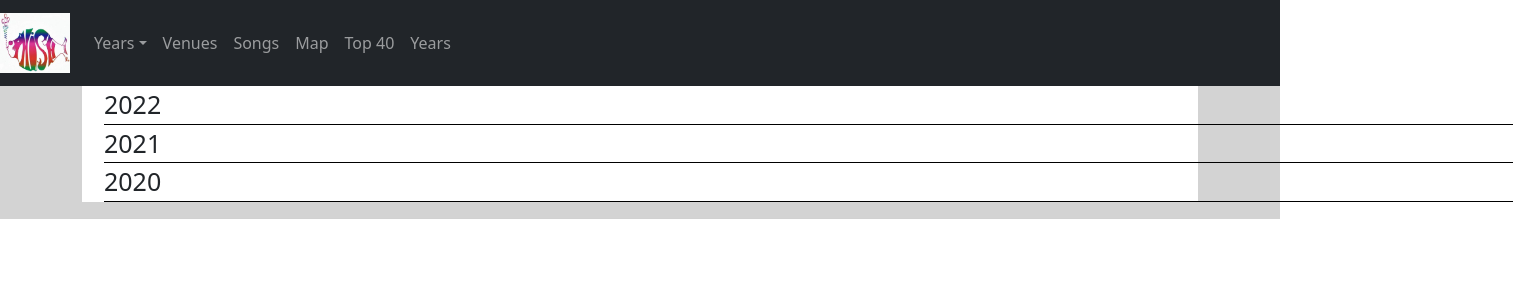
Repository: Jcparks84/gonePhishin
Page: / (app in my-app/)
An editor plug-in stored every save of this project. The page is shown before and after the next save, followed by the edit.
The browser window is 1280 px wide. The page is 1513 px wide, so the pictures cover 1513 px, including what lies to the right of the window. The pictures show the whole page.
The page's requests for data from a server got no answer. The project was rebuilt for these pictures with package versions that can differ from the ones it lists, and the page was loaded fresh each time. No one was signed in, and anything a server would have sent is missing. Also part of the build but not shown: my-app/src/components/audioPlayer/audioPlayer.js.

Above is the page before, as saved 2022-08-16 18:27:41.

After the next save:
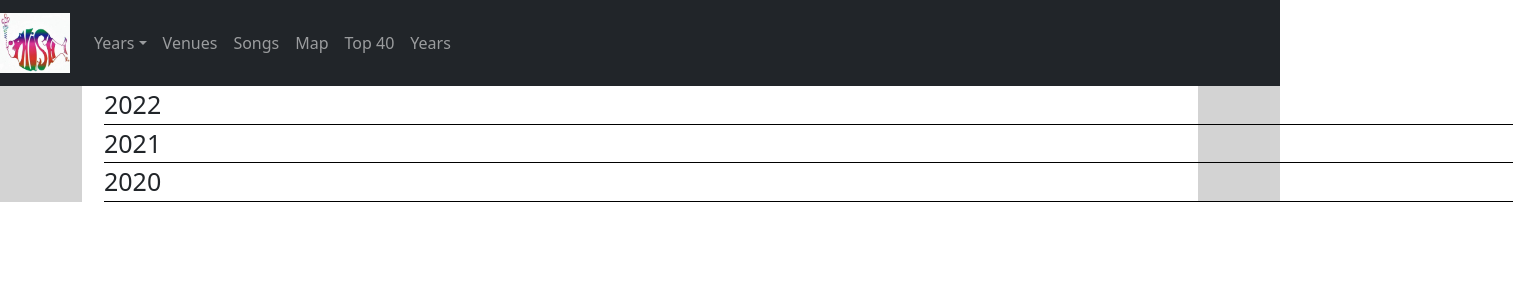
Saved 24 s later.
--- a/my-app/src/pages/yearPage/yearPage.css
+++ b/my-app/src/pages/yearPage/yearPage.css
@@ -1,6 +1,5 @@
 
 .container {
-    border-bottom: 1px solid #D1D1D1;
     color: #8C4600;
     font-family: "Trebuchet MS", Arial, Helvetica, sans-serif;
     font-weight: bold;
